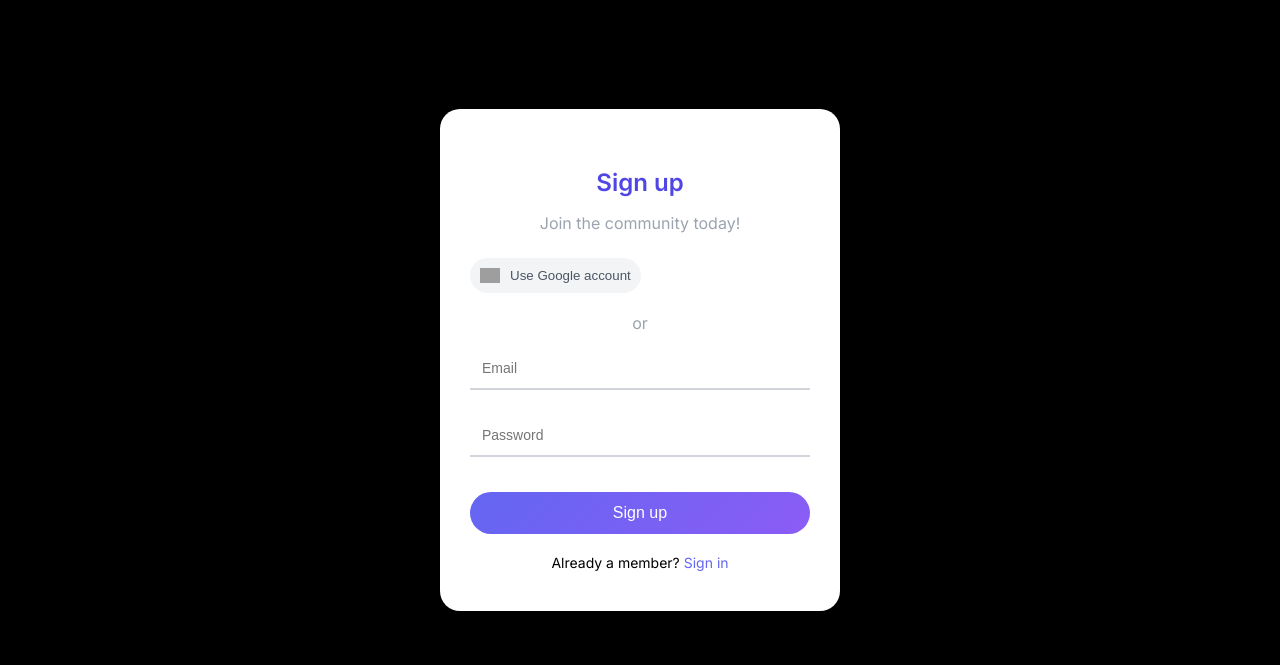
Repository: Rupeswarbhainsa777/Food-Web-App
Page: TapFoodApp/src/main/webapp/test2.html
The author's editor kept a copy of each file at every save. The page is drawn from the files as they stood at one save, then again after the next save.
The browser window is 1280 px wide. The pictures show the whole page.
Pictures or frames that could not be fetched are drawn as grey boxes.

Above is the page before, as saved 2025-05-03 09:13:44.

After the next save:
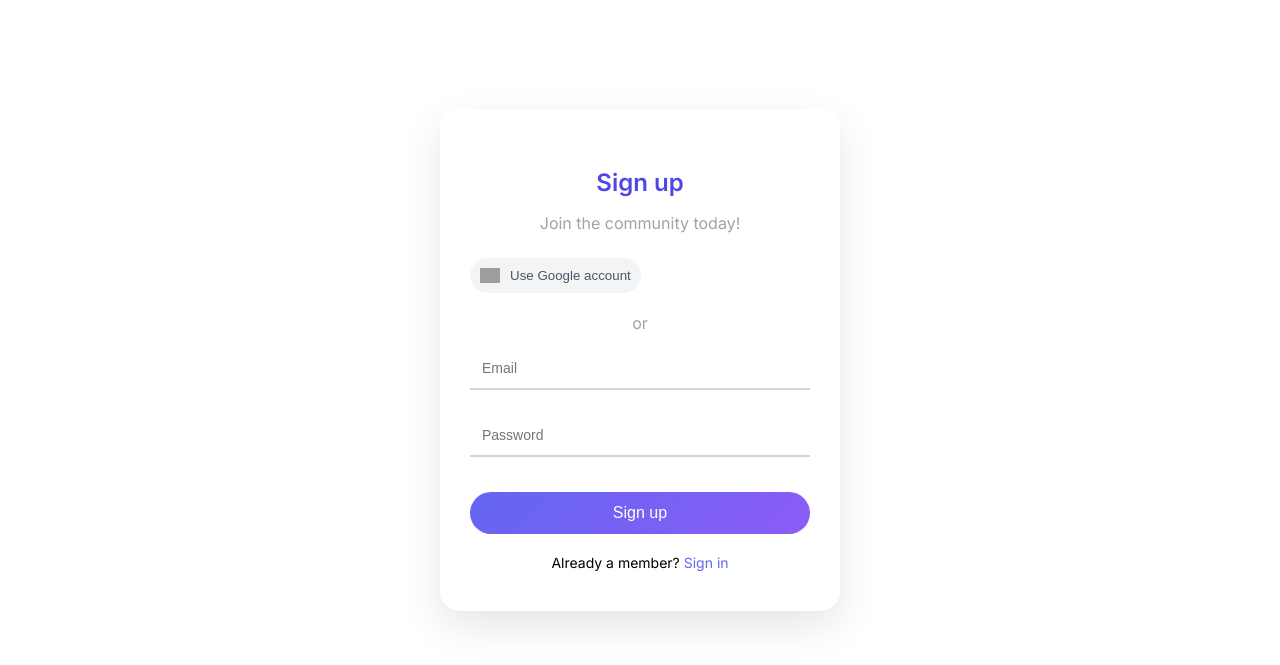
Saved 19 s later.
--- a/TapFoodApp/src/main/webapp/test2.html
+++ b/TapFoodApp/src/main/webapp/test2.html
@@ -13,7 +13,7 @@
     body {
       margin: 0;
       font-family: 'Inter', sans-serif;
-      background: #000000;
+      background: white;
       height: 100vh;
       display: flex;
       justify-content: center;
